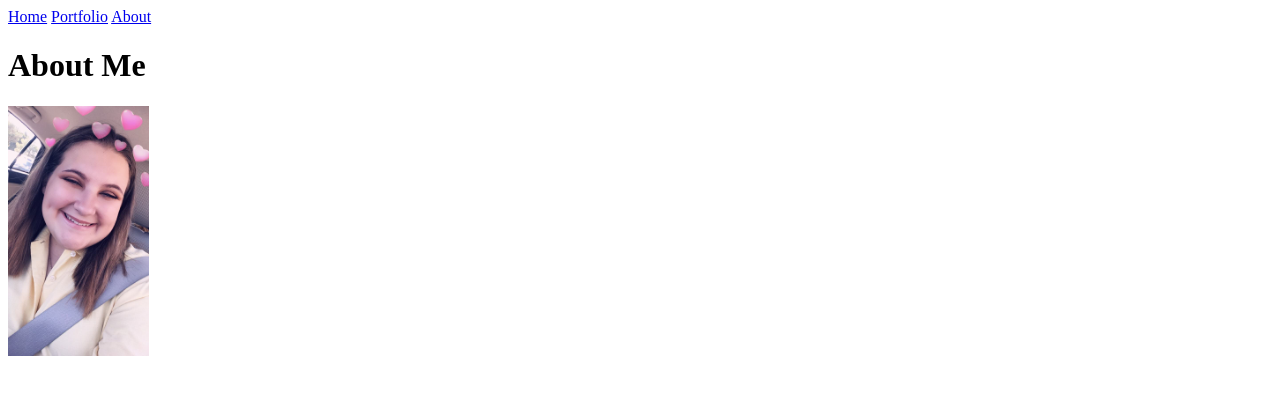
Repository: EMcmurray1862/emcmurray1862.github.io
Page: my_website/Summer2019.html
The author's editor kept a record of every edit. The page is drawn from the files as they stood at one moment, then again after the next edit.
The browser window is 1280 px wide. The pictures show the whole page.

Above is the page before.

### my_website/Summer2019.html
<!doctype html>
	<html lang="en">
	  <head>
	    <meta charset="utf-8">
	    <title>Summer2019</title>
	  </head>
	  <body>
    <a href="index.html">Home</a>
    <a href="portfolio.html">Portfolio</a>
    <a href="about.html">About</a>
    <h1>About Me</h1>
    <img src="images/selfie.jpg" height="250">
    <br>
   	  </body>
	</html>

After the next edit:
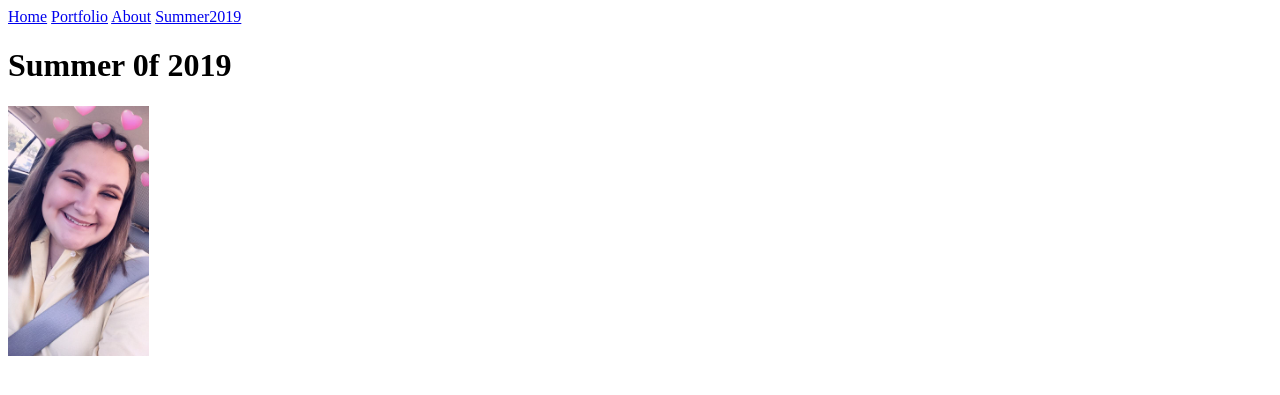
The edit:
--- a/my_website/Summer2019.html
+++ b/my_website/Summer2019.html
@@ -8,7 +8,8 @@
     <a href="index.html">Home</a>
     <a href="portfolio.html">Portfolio</a>
     <a href="about.html">About</a>
-    <h1>About Me</h1>
+    <a href="about.html">Summer2019</a>
+    <h1>Summer 0f 2019</h1>
     <img src="images/selfie.jpg" height="250">
     <br>
    	  </body>
